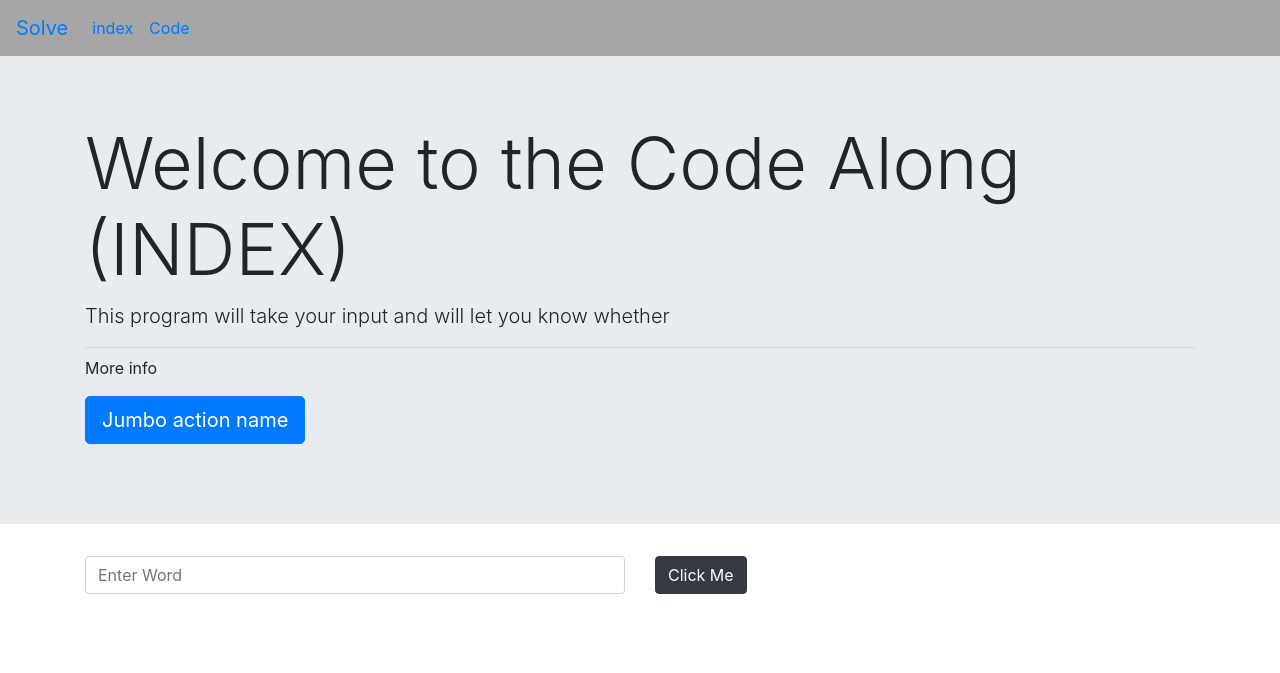
Repository: zhadjah9559/TacocatGrammar
Page: solve.html
The author's editor kept a copy of each file at every save. The page is drawn from the files as they stood at one save, then again after a run of saves.
The browser window is 1280 px wide. The pictures show the whole page.

Above is the page before, as saved 2021-01-11 23:25:48.

After the next 2 saves:
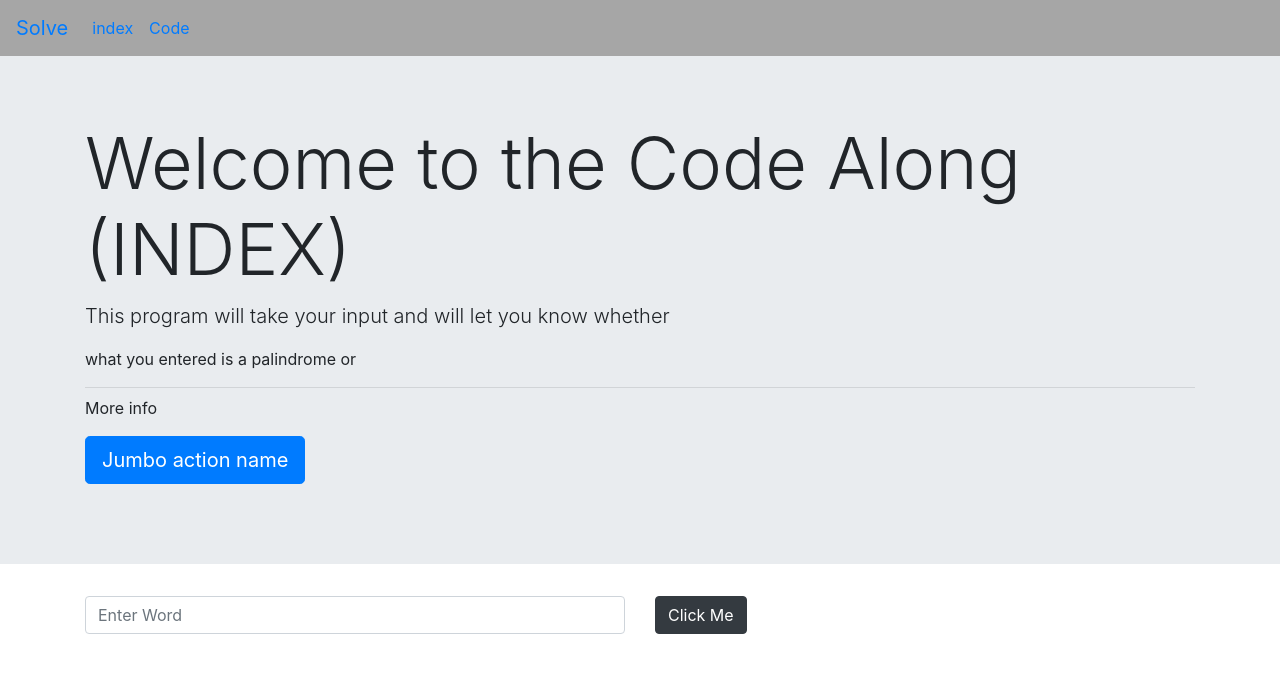
The 2 saves are shown as one change because they came seconds apart.
The last was saved 12 s later.
--- a/solve.html
+++ b/solve.html
@@ -33,7 +33,7 @@
         <div class="container">
             <h1 class="display-3">Welcome to the Code Along (INDEX)</h1>
             <p class="lead">This program will take your input and will let you know whether</p>
-                <p></p>
+                <p> what you entered is a palindrome or</p>
             <hr class="my-2">
             <p>More info</p>
             <p class="lead">
